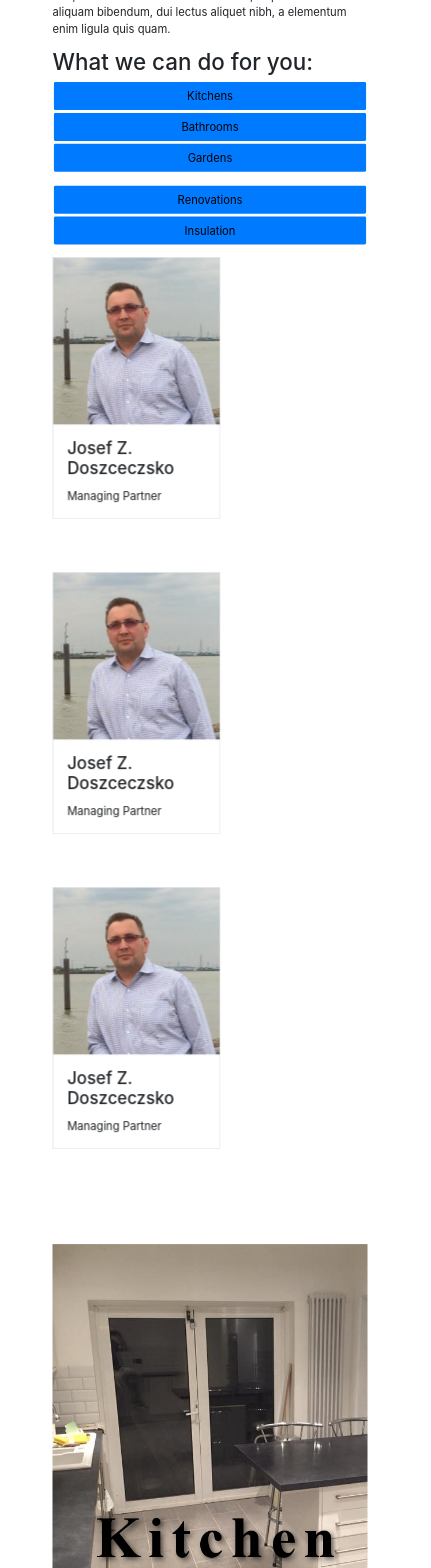
Repository: crippyf1234/ZapicWebsite
Page: http://localhost/index
These files come from the project's save history. The page is drawn as it stood at one moment and after the next save; the edit follows.
The browser window is 600 px wide. The page is 615 px wide, so the pictures cover 615 px, including what lies to the right of the window. The pictures show the part of the page from y = 1176 to 3416 px (the page is 7939 px tall before and 7909 px after), at 70% of full size.
The page is this project's Thymeleaf template; nobody is signed in. The template is opened directly, without the code that normally fills it, so the values that code supplies are empty.

Above is the page before, as saved 2018-12-23 16:20:26.
Console error: SyntaxError: Unexpected identifier 'icon'

After the next save:
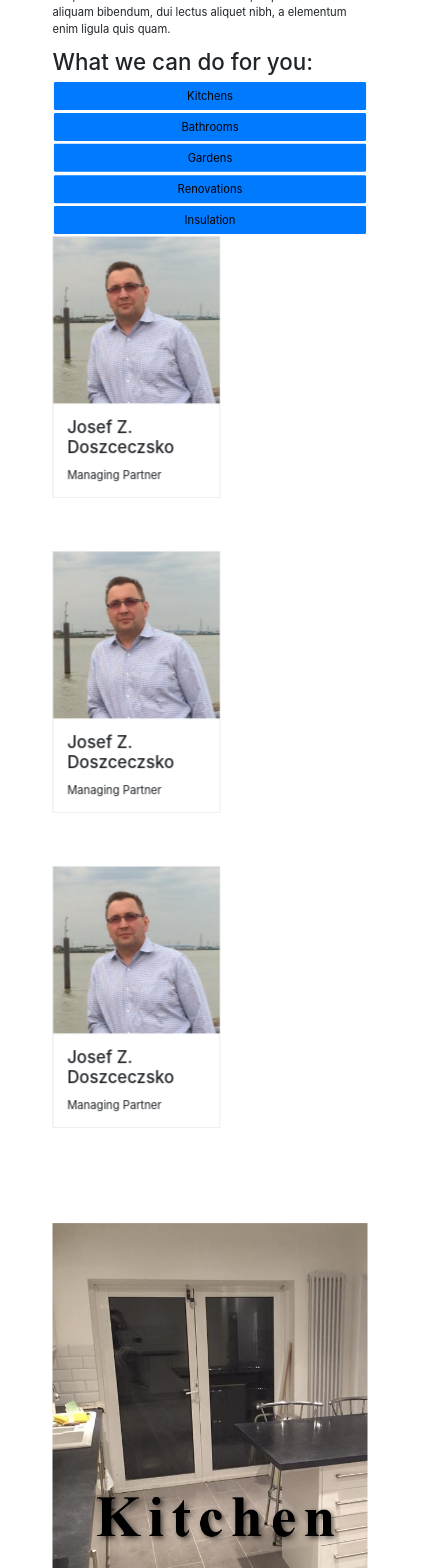
Saved 2 min 59 s later.
--- a/ZapicWebsite/src/main/resources/static/styles/style.css
+++ b/ZapicWebsite/src/main/resources/static/styles/style.css
@@ -225,7 +225,7 @@ h3 {
 	margin-right: auto;
 }
 
-#homepage #secondrowofservices{
+#secondrowofservices .row{
 	padding: 15px 0px 15px 0px;
 }
 
@@ -296,7 +296,7 @@ h3 {
 		display: none;
 	}
 
-	.secondrowofservices{
+	#secondrowofservices .row{
 
 	}
 }
